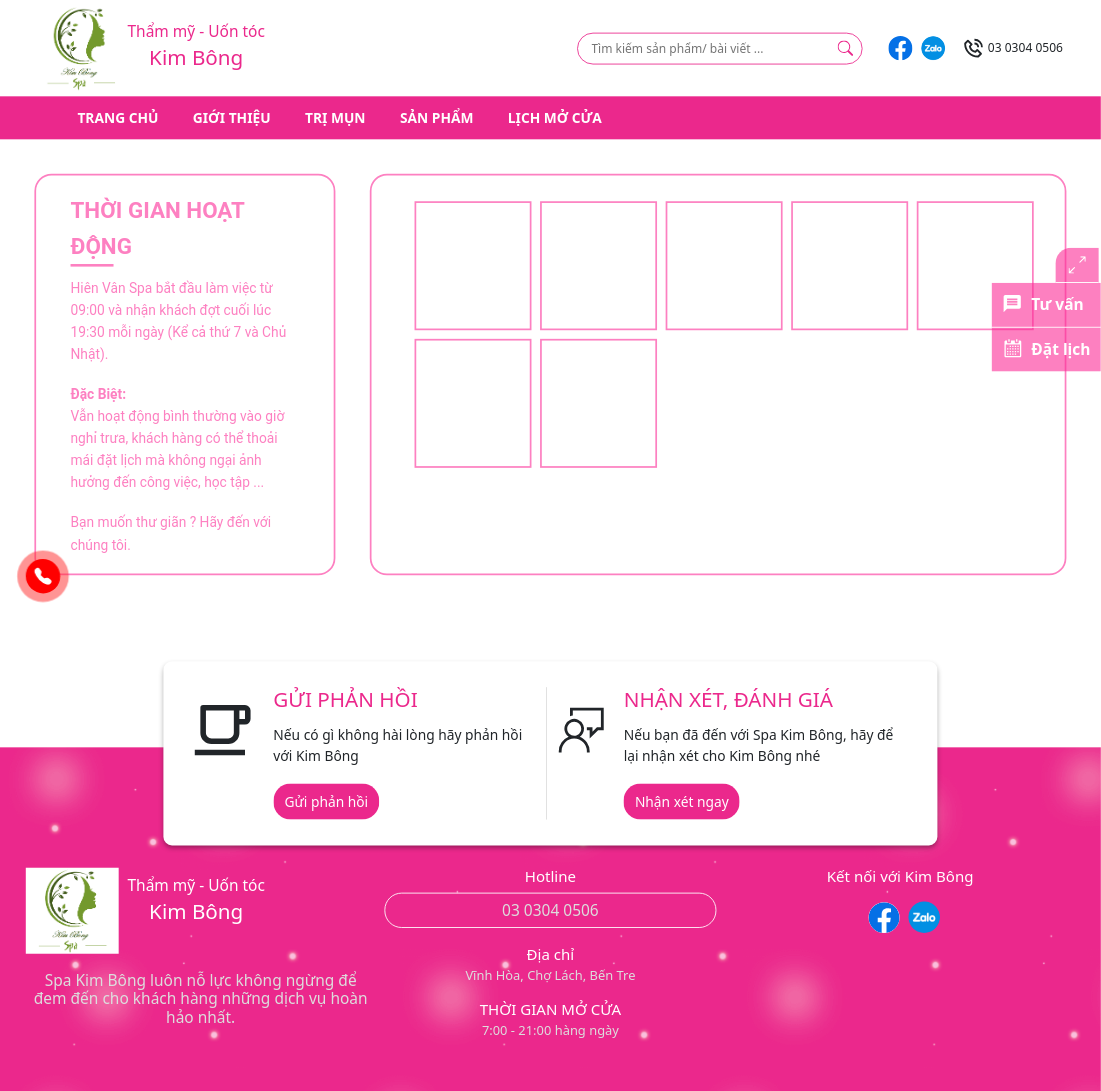
Repository: tranduykhuong/SpaKimBong
Page: /calendar
These files come from the project's save history. The page is drawn as it stood at one moment and after the next save; the edit follows.
The browser window is 1280 px wide. The pictures show the whole page, at 86% of full size.
The project was rebuilt for these pictures with package versions that can differ from the ones it lists, and the page was loaded fresh each time. Also part of the build but not shown: src/components/Banner/banner.scss, src/components/Banner/Banner.js, src/pages/Home/home.scss, src/pages/Home/ListImage/listImage.scss, src/pages/Home/ListImage/ListImage.js, src/pages/Home/BookOnline/bookOnl.scss, src/pages/Home/BookOnline/Modal/ModalBook/modalbook.scss, src/pages/Home/BookOnline/Modal/ModalBook/modalbook.js and 24 more.

Above is the page before, as saved 2022-06-07 00:15:00.

After the next save:
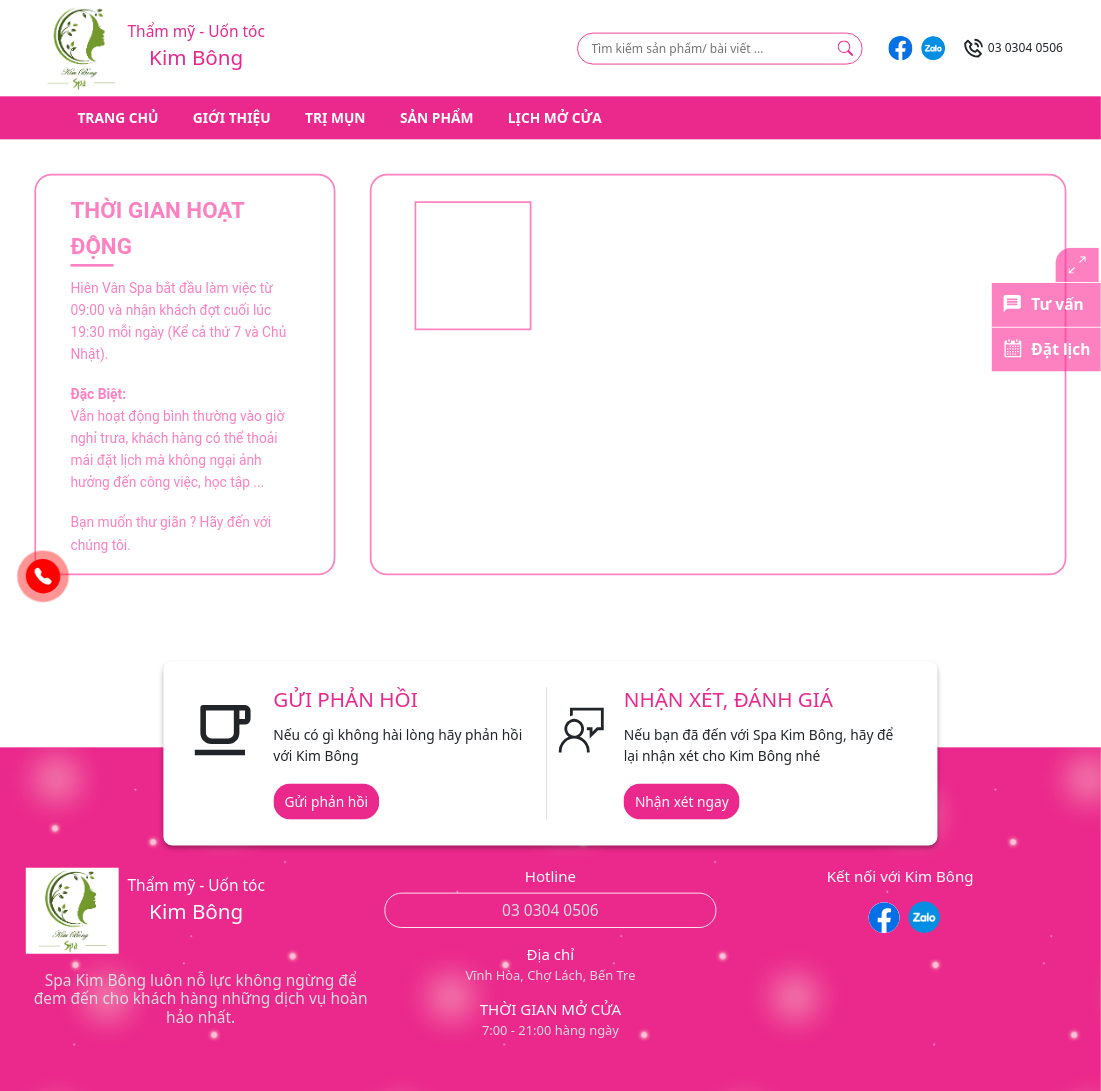
Saved 9 h 47 min later.
--- a/src/pages/Calendar/Calendar.js
+++ b/src/pages/Calendar/Calendar.js
@@ -26,12 +26,12 @@ const Calendar = () => {
             <div className="calendar-boxs-day">
               <div className="calendar-boxs">
                 <div className="calendar-box"></div>
+                {/* <div className="calendar-box"></div>
                 <div className="calendar-box"></div>
                 <div className="calendar-box"></div>
                 <div className="calendar-box"></div>
                 <div className="calendar-box"></div>
-                <div className="calendar-box"></div>
-                <div className="calendar-box"></div>
+                <div className="calendar-box"></div> */}
               </div>
             </div>
           </div>
